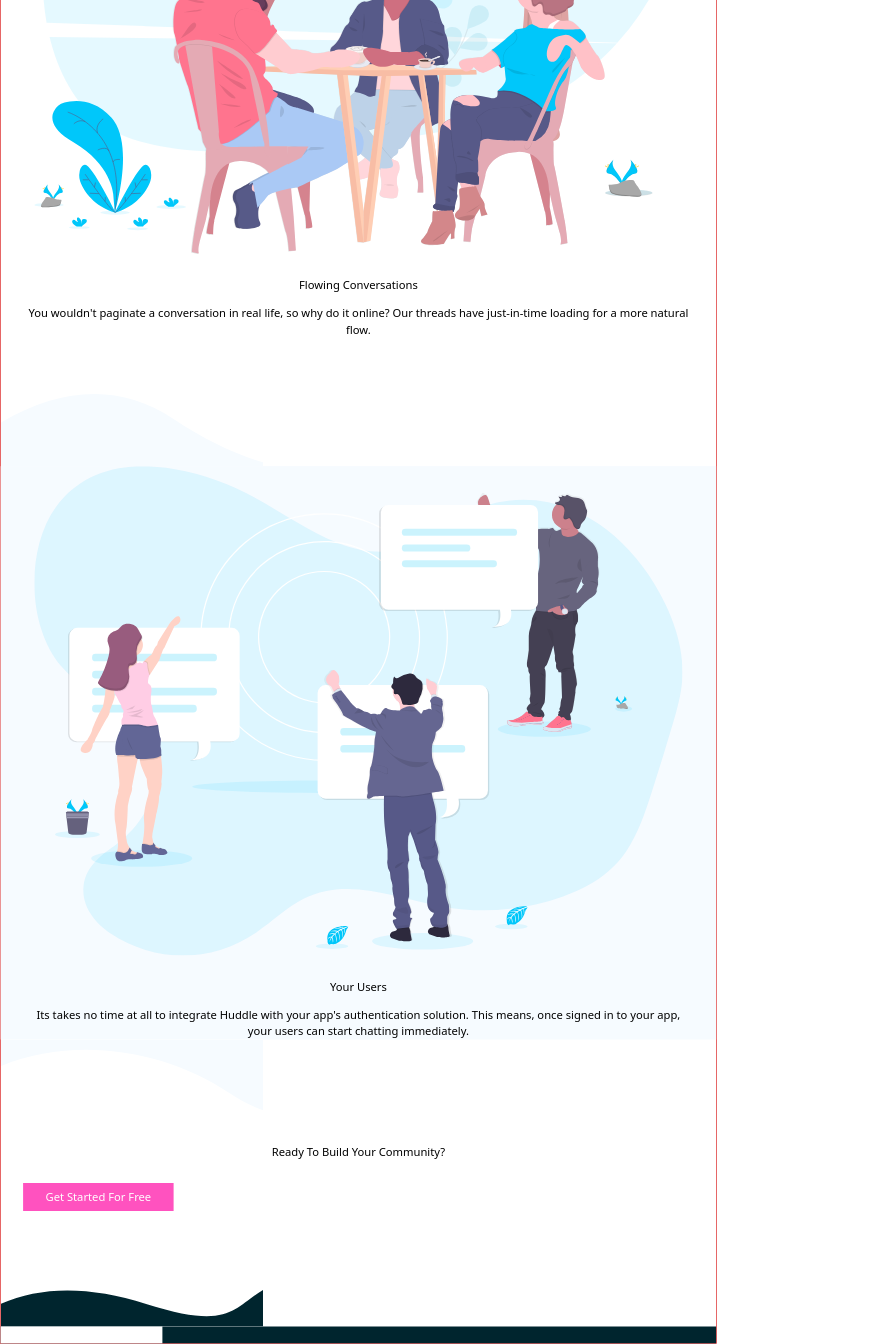
Repository: nivrii/huddle-landing-page-with-curved-sections-master
Page: /
The author's editor kept a copy of each file at every save. The page is drawn from the files as they stood at one save, then again after the next save.
The browser window is 1280 px wide. The pictures show the part of the page from y = 2730 to 4650 px (the page is 4650 px tall before and 4642 px after), at 70% of full size.
The project was rebuilt for these pictures with package versions that can differ from the ones it lists, and the page was loaded fresh each time. Also part of the build but not shown: vite.config.js.

Above is the page before, as saved 2024-04-03 19:15:42.

After the next save:
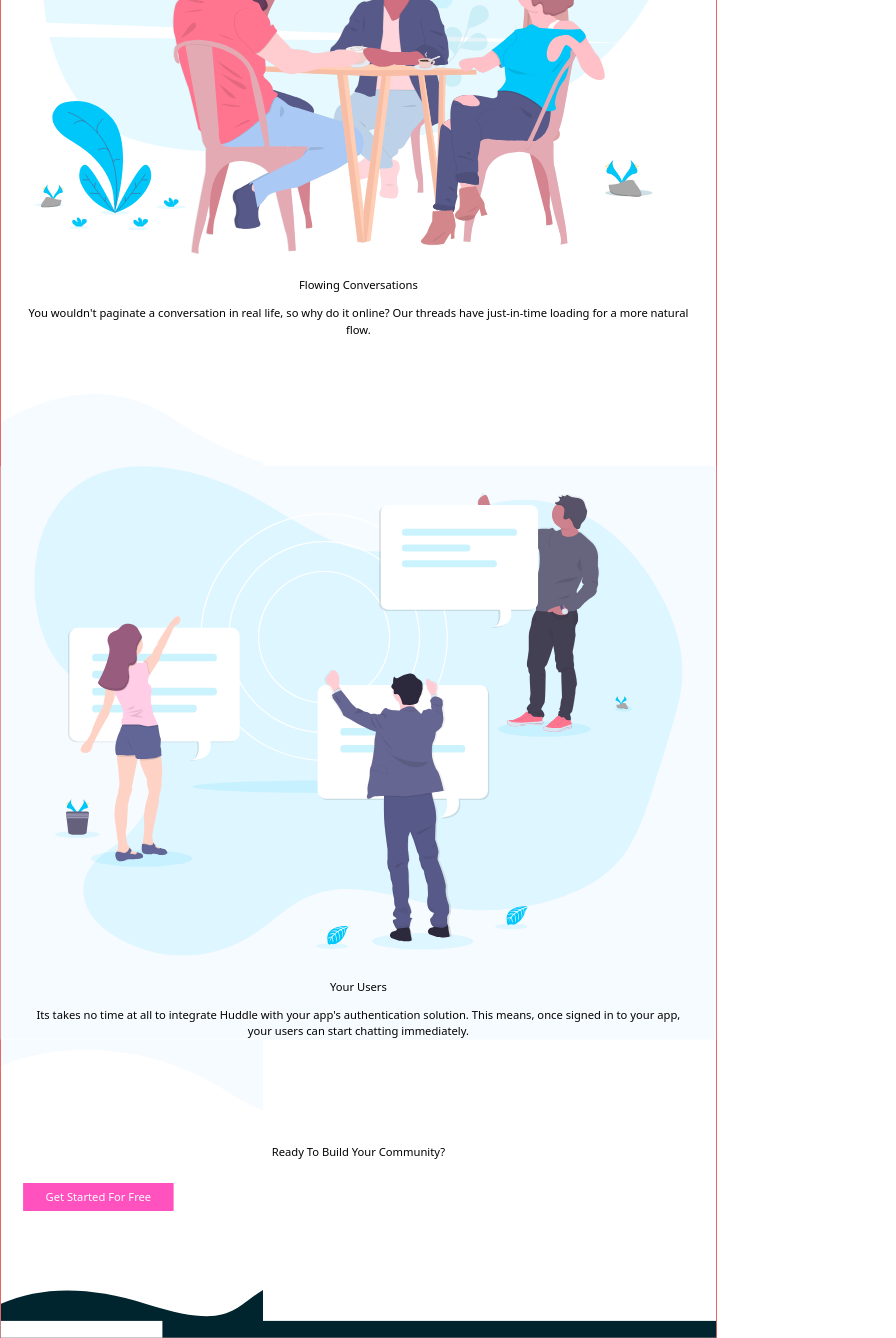
Saved 26 s later.
--- a/src/App.jsx
+++ b/src/App.jsx
@@ -124,7 +124,7 @@
 
       <img src={footerTopM} alt="" />
 
-      <footer className="bg-bgFooter">
+      <footer className="bg-bgFooter -mt-2">
         <div>
           <h1></h1>
           <p></p>
